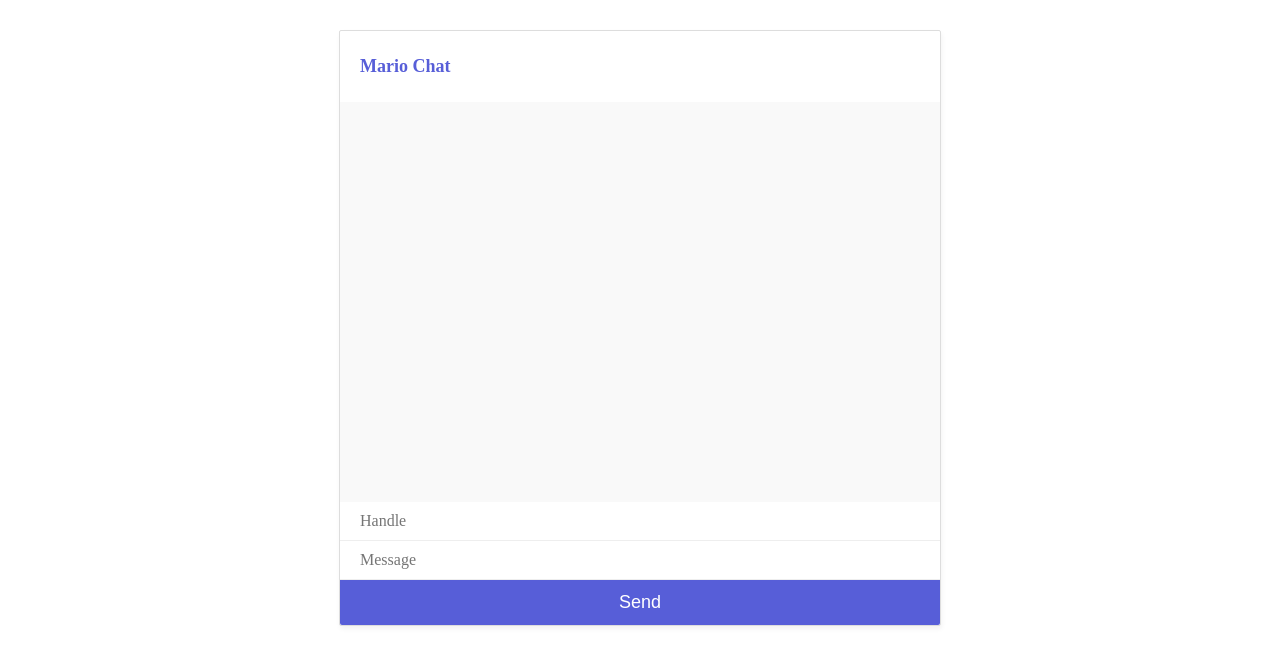
Repository: Promethees/websockets-playlist
Page: public/index.html
The author's editor kept a copy of each file at every save. The page is drawn from the files as they stood at one save, then again after the next save.
The browser window is 1280 px wide. The pictures show the whole page.
The page's requests for data from a server got no answer. Some web libraries are served in a nearby version.

Above is the page before, as saved 2020-09-03 08:27:26.

### public/index.html
<!DOCTYPE html>
<html>
    <head>
        <meta charset="utf-8">
        <title>WebScockets 101</title>
        <script src="https://cdnjs.cloudflare.com/ajax/libs/socket.io/2.3.0/socket.io.js"></script>
        <script src="https://code.jquery.com/jquery-3.5.1.min.js"></script>
        <link href="./style.css" rel="stylesheet" type = "text/css" />
    </head>
    <body>
        <div id="mario-chat">
            <h2>Mario Chat</h2>
            <div id="chat-window">
                <div id="output"></div>
                <div id="feedback"></div><!-- <display "typing .... message"> -->

            </div>
            <input id="handle" type="text" placeholder="Handle" />
            <input id="message" type="text" placeholder="Message" />
            <button id="send">Send</button>
        </div>
        <script>
            $('#message').css('color','blue');
        </script>
    </body>
    <script src="/chat.js"></script>
</html>

### public/style.css
body{
    font-family: 'Nunito';
}

h2{
    font-size: 18px;
    padding: 10px 20px;
    color: #575ed8;
}

#mario-chat{
    max-width: 600px;
    margin: 30px auto;
    border: 1px solid #ddd;
    box-shadow: 1px 3px 5px rgba(0,0,0,0.05);
    border-radius: 2px;
}

#chat-window{
    height: 400px;
    overflow: auto;
    background: #f9f9f9;
}

#output p{
    padding: 14px 0px;
    margin: 0 20px;
    border-bottom: 1px solid #e9e9e9;
    color: #555;
}

#feedback p{
    color: #aaa;
    padding: 14px 0px;
    margin: 0 20px;
}

#output strong{
    color: #575ed8;
}

label{
    box-sizing: border-box;
    display: block;
    padding: 10px 20px;
}

input{
    padding: 10px 20px;
    box-sizing: border-box;
    background: #eee;
    border: 0;
    display: block;
    width: 100%;
    background: #fff;
    border-bottom: 1px solid #eee;
    font-family: Nunito;
    font-size: 16px;
}

button{
    background: #575ed8;
    color: #fff;
    font-size: 18px;
    border: 0;
    padding: 12px 0;
    width: 100%;
    border-radius: 0 0 2px 2px;
}

### public/chat.js
// Make connection
//var socket = io.connect('http://localhost:4000');
//var socket = io.connect('https://chatboj.herokuapp.com/');
var socket = io.connect('/');

// Query DOM
var message = document.getElementById('message'),
      handle = document.getElementById('handle'),
      btn = document.getElementById('send'),
      output = document.getElementById('output');
    feedback = document.getElementById('feedback');
// Emit events (see the index.js to know how it handle)
btn.addEventListener('click', function(){
  socket.emit('chat', {
      message: message.value,
      handle: handle.value
  });
  message.value = "";
});

message.addEventListener('keypress',function() {
    socket.emit('typing',handle.value);
});

// Listen for events (retrieve event from the server)
socket.on('chat', function(data){
    feedback.innerHTML = ""; //Clear the typing queue while have submitted the message
    //Modify the message in HTMLs
    output.innerHTML += '<p><strong>' + data.handle + ': </strong>' + data.message + '</p>';
});

socket.on('typing',function(data) {
    // the data here is the handle.value (since the action is 'typing')
    feedback.innerHTML = '<p><em>'+data+'is typing message...'+'</em></p>';
});

After the next save:
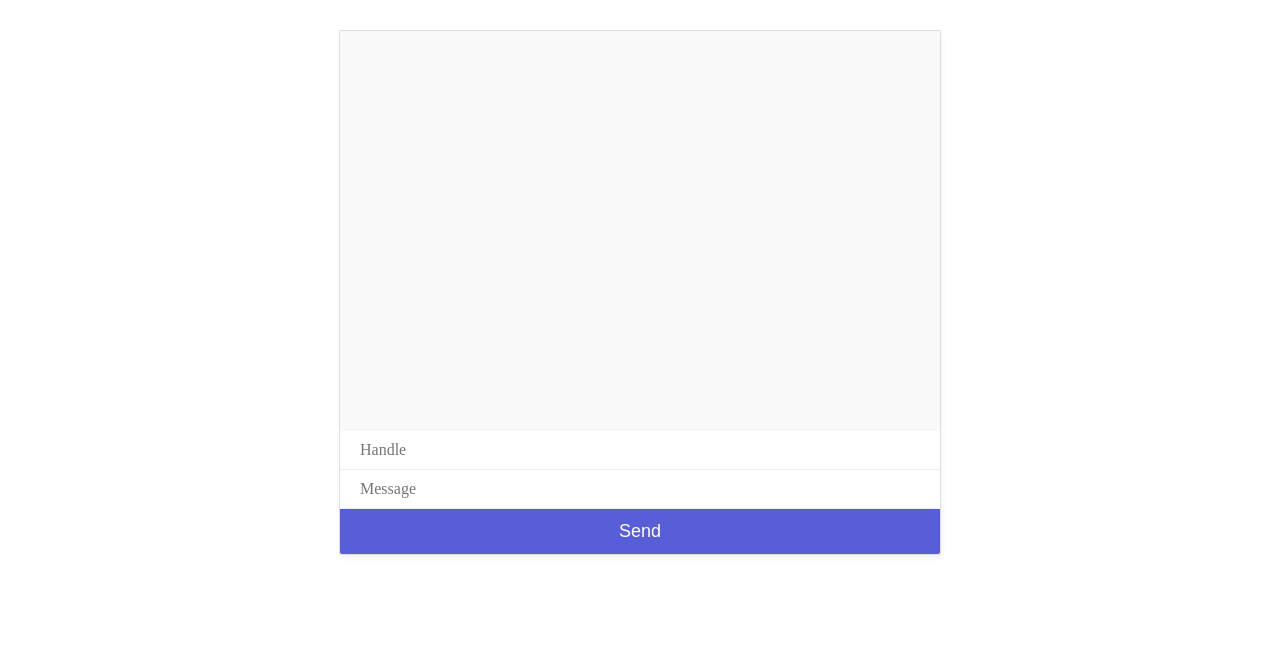
Saved 76 s later.
--- a/public/index.html
+++ b/public/index.html
@@ -20,6 +20,8 @@
             <button id="send">Send</button>
         </div>
         <script>
+            $('h2').hide();
+            $('h2 #output').css('font','georgia');
             $('#message').css('color','blue');
         </script>
     </body>

After the save that followed:
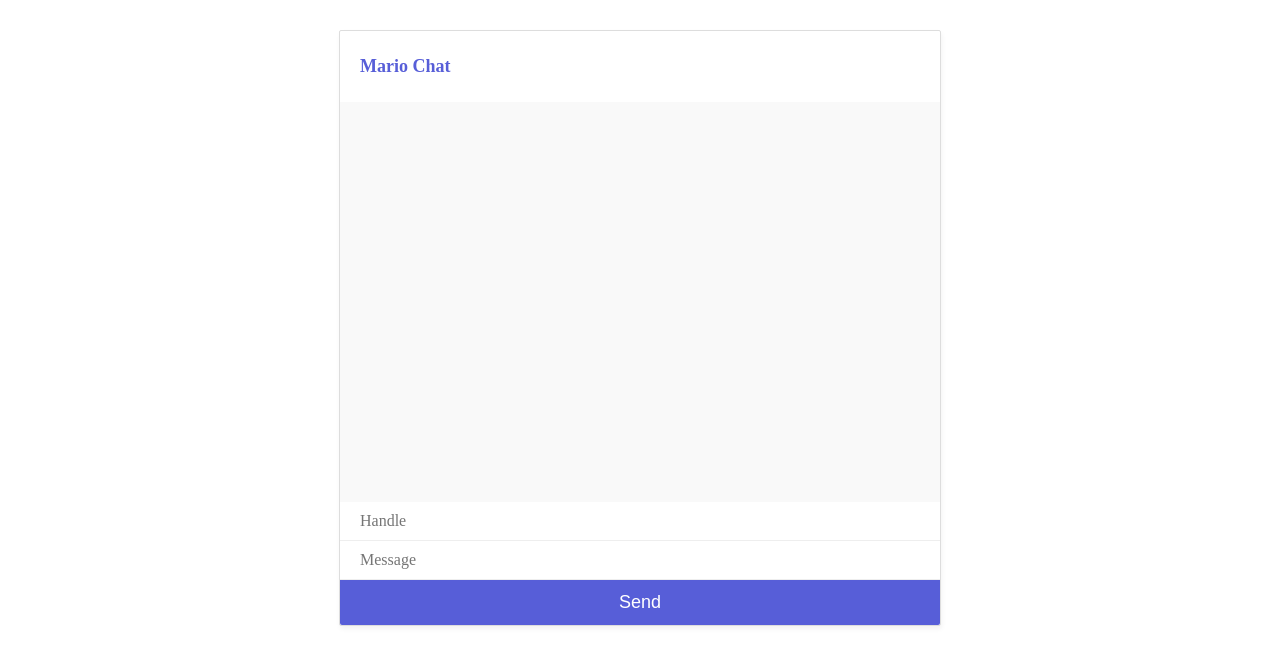
Saved 9 s later.
--- a/public/index.html
+++ b/public/index.html
@@ -20,7 +20,7 @@
             <button id="send">Send</button>
         </div>
         <script>
-            $('h2').hide();
+            //$('h2').hide();
             $('h2 #output').css('font','georgia');
             $('#message').css('color','blue');
         </script>
